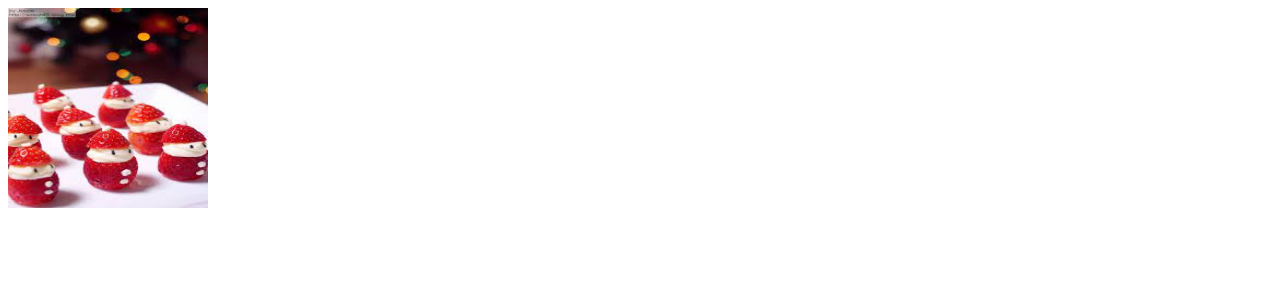
Repository: KangSuA/JSP
Page: webApp/src/main/webapp/jquery/jq13_trigger.html
The author's editor kept a copy of each file at every save. The page is drawn from the files as they stood at one save, then again after the next save.
The browser window is 1280 px wide. The pictures show the whole page.

Above is the page before, as saved 2023-02-15 06:49:15.

After the next save:
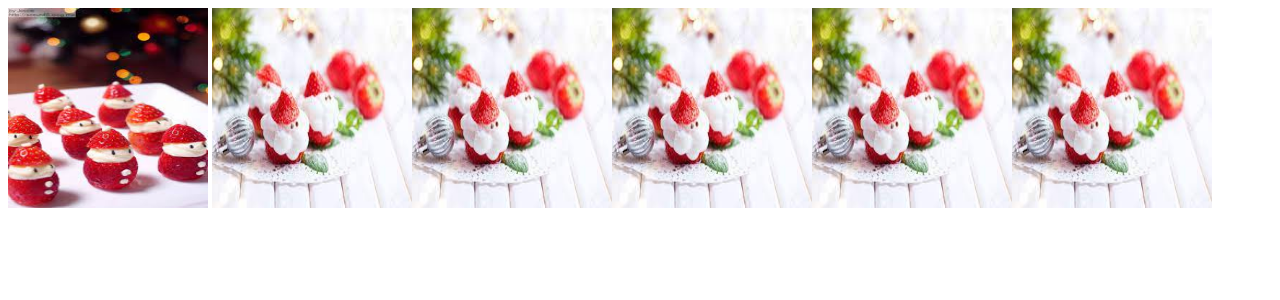
Saved 15 min 34 s later.
--- a/webApp/src/main/webapp/jquery/jq13_trigger.html
+++ b/webApp/src/main/webapp/jquery/jq13_trigger.html
@@ -13,7 +13,16 @@
 		var imgTag = "<img src='../img/02.jfif'/>";
 		$('img').first().on('click',function(){
 			$('body').append(imgTag);
-		})
+		});
+
+		//trigger() : 이벤트를 자동 발생 시킨다.
+		//1초에 한번 이벤트 발생시키기 - selInterval, setTimeout
+
+		setInterval(function(){
+			//						이벤트종류
+			$("img").first().trigger('click');
+		},1000);
+
 	});
 </script>
 </head>

After the save that followed:
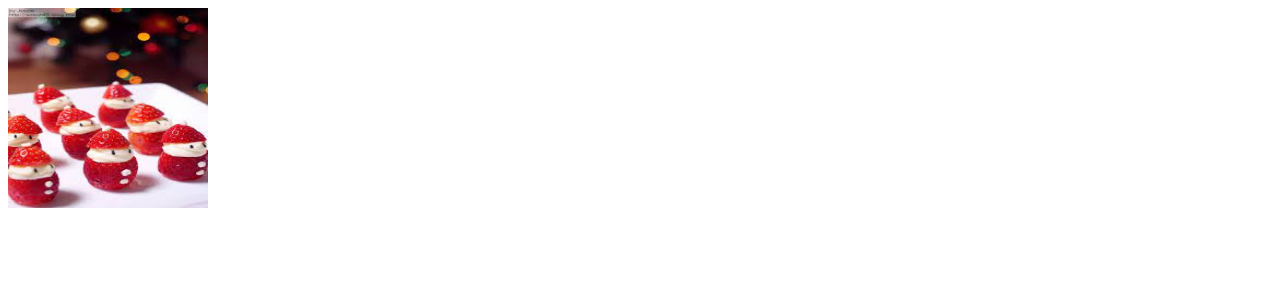
Saved 15 s later.
--- a/webApp/src/main/webapp/jquery/jq13_trigger.html
+++ b/webApp/src/main/webapp/jquery/jq13_trigger.html
@@ -18,10 +18,10 @@
 		//trigger() : 이벤트를 자동 발생 시킨다.
 		//1초에 한번 이벤트 발생시키기 - selInterval, setTimeout
 
-		setInterval(function(){
+		/*setInterval(function(){
 			//						이벤트종류
 			$("img").first().trigger('click');
-		},1000);
+		},1000);*/
 
 	});
 </script>
